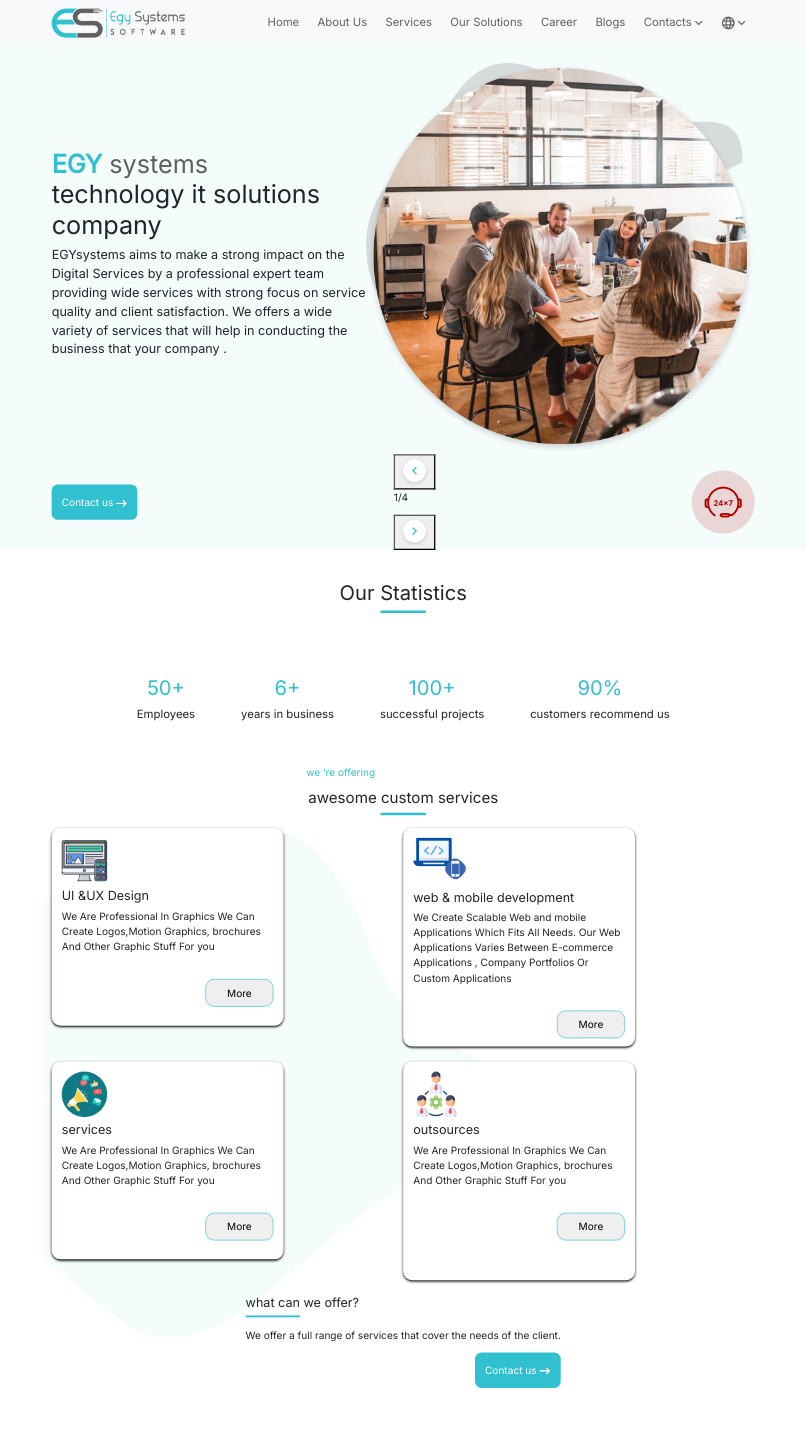
Repository: hamdyAbdelazeim/Egysystem-Home
Page: index.html
An editor plug-in stored every save of this project. The page is shown before and after the next save, followed by the edit.
The browser window is 1280 px wide. The pictures show the whole page, at 63% of full size.

Above is the page before, as saved 2023-07-13 13:42:13.

### index.html
<!DOCTYPE html>
<html lang="en">
  <head>
    <meta charset="UTF-8" />
    <meta name="viewport" content="width=device-width, initial-scale=1.0" />
    <title>Egy Systems</title>
    <!-- google fonts  -->
    <link rel="preconnect" href="https://fonts.googleapis.com" />
    <link rel="preconnect" href="https://fonts.gstatic.com" crossorigin />
    <link
      href="https://fonts.googleapis.com/css2?family=Inter&display=swap"
      rel="stylesheet"
    />
    <!-- bootstrap -->
    <link rel="stylesheet" href="/css/bootstrap.min.css" />
    <!-- css file  -->
    <link rel="stylesheet" href="/css/style.css" />
    <!-- Responsive file  -->
    <link rel="stylesheet" href="/css/responsive.css" />
  </head>
  <body>
    <!-- starting  Navbar  -->
    <nav class="navbar-cust navbar navbar-expand-lg bg-light fixed-top">
      <div class="container">
        <a href="#" class="navbar-brand"
          ><img src="/assets/logo 1.png" class="logo-img" alt="logo "
        /></a>

        <button
          class="navbar-toggler"
          type="button"
          data-bs-toggle="collapse"
          data-bs-target="#navmenu"
          style="border: none; box-shadow: none"
        >
          <span class="navbar-toggler-icon"
            ><img
              width="45"
              style="padding: 0.5rem"
              src="https://upload.wikimedia.org/wikipedia/commons/thumb/b/b2/Hamburger_icon.svg/120px-Hamburger_icon.svg.png"
              alt=""
          /></span>
        </button>

        <div class="collapse navbar-collapse" id="navmenu">
          <ul class="navbar-nav cust-ul">
            <li class="nav-item">
              <a href="#Home" class="nav-link cust-link">Home</a>
            </li>
            <li class="nav-item">
              <a href="#About" class="nav-link cust-link">About Us</a>
            </li>
            <li class="nav-item">
              <a href="#Services" class="nav-link cust-link">Services</a>
            </li>
            <li class="nav-item">
              <a href="#Solutions" class="nav-link cust-link">Our Solutions </a>
            </li>
            <li class="nav-item">
              <a href="#Career" class="nav-link cust-link">Career</a>
            </li>
            <li class="nav-item">
              <a href="#Blogs" class="nav-link cust-link">Blogs</a>
            </li>
            <li class="nav-item">
              <a href="" class="nav-link cust-link"
                >Contacts <img src="/assets/Vector.png" alt="vector"
              /></a>
            </li>
            <li class="nav-item">
              <a href="" class="nav-link language-icon"
                ><img src="/assets/language.png" alt="language" />
                <img src="/assets/Vector.png" alt=""
              /></a>
            </li>
          </ul>
        </div>
      </div>
    </nav>
    <!-- Ending Navbar  -->
    <!-- Home section  -->
    <div class="Home" id="Home">
      <div
        class="container Home-up d-flex justify-content-center align-items-center"
      >
        <div class="Home-left">
          <h1>
            <strong class="Egy">EGY</strong>
            <span class="system">systems</span> <br />technology it solutions<br />
            company
          </h1>
          <p>
            EGYsystems aims to make a strong impact on the Digital Services by a
            professional expert team providing wide services with strong focus
            on service quality and client satisfaction. We offers a wide variety
            of services that will help in conducting the business that your
            company .
          </p>
        </div>
        <div class="Home-img">
          <img src="/assets/Ellipse 34.png" alt="" />
        </div>
      </div>
      <div class="container d-flex justify-content-between align-items-center">
        <button class="contactUs-btn">
          Contact us <img src="/assets/Vector (right).png" alt="" />
        </button>
        <div>
          <button>
            <img src="/assets/slider-left.png" alt="" />
          </button>
          <p>1/4</p>
          <button>
            <img src="/assets/slider-right.png" alt="" />
          </button>
        </div>
        <img src="/assets//chat.png" alt="chat" />
      </div>
    </div>
    <!-- Ending Home  section  -->
    <!-- our statistics Section  -->
    <section class="our-statistics container w-100">
      <div class="statistics-up text-center">
        <h2>Our Statistics</h2>
        <p></p>
      </div>
      <div
        class="statistics-down d-flex align-items-center justify-content-between"
      >
        <div class="text-center">
          <h4>50+</h4>
          <p>Employees</p>
        </div>
        <div class="text-center">
          <h4>6+</h4>
          <p>years in business</p>
        </div>
        <div class="text-center">
          <h4>100+</h4>
          <p>successful projects</p>
        </div>
        <div class="text-center">
          <h4>90%</h4>
          <p>customers recommend us</p>
        </div>
      </div>
    </section>
    <!-- Ending our statistics  -->
    <!--  services   -->

    <!--  Ending services   -->
    <section class="services" id="services">
      <div class="service-up container">
        <p class="p-up">we ‘re offering</p>
        <h4 class="text-center">awesome custom services</h4>
        <p class="border-cust"></p>
      </div>
      <div class="service-down container d-flex align-items-center">
        <div class="service-down-left">
          <div class="service-item">
            <img src="/assets/service-item-1.png" alt="service-item-1" />
            <h5 class="mt-2">UI &UX Design</h5>
            <p>
              We Are Professional In Graphics We Can Create Logos,Motion
              Graphics, brochures And Other Graphic Stuff For you
            </p>
            <button>More</button>
          </div>
          <div class="service-item service-item-cust">
            <img src="/assets/service-item-2.png" alt="service-item-1" />
            <h5 class="mt-2">web & mobile development</h5>
            <p>
              We Create Scalable Web and mobile Applications Which Fits All
              Needs. Our Web Applications Varies Between E-commerce Applications
              , Company Portfolios Or Custom Applications
            </p>
            <button>More</button>
          </div>
          <div class="service-item">
            <img src="/assets/service-item-3.png" alt="service-item-1" />
            <h5 class="mt-2">services</h5>
            <p>
              We Are Professional In Graphics We Can Create Logos,Motion
              Graphics, brochures And Other Graphic Stuff For you
            </p>
            <button>More</button>
          </div>
          <div class="service-item service-item-cust">
            <img src="/assets/service-item-4.png" alt="service-item-1" />
            <h5 class="mt-2">outsources</h5>
            <p>
              We Are Professional In Graphics We Can Create Logos,Motion
              Graphics, brochures And Other Graphic Stuff For you
            </p>
            <button>More</button>
          </div>
        </div>
        <div class="service-down-right">
          <h5>what can we offer?</h5>
          <p class="border-p"></p>
          <p>
            We offer a full range of services that cover the needs of the
            client.
          </p>
          <button class="contactUs-btn float-end">
            Contact us <img src="/assets/Vector (right).png" alt="" />
          </button>
        </div>
      </div>
    </section>
    <!-- bootstrap js file  -->
    <script src="/js/bootstrap.bundle.min.js"></script>
  </body>
</html>

### css/style.css
/* setting my css roots  */

body {
  font-family: 'Inter', sans-serif;
}

:root {
  --primary: #30c0d0;
  --secondary: #606060;
  --third-party: #131313;
}

/* navbar  */
.cust-ul {
  width: 100%;
  justify-content: space-around;
  margin-left: 100px;
}

.cust-link {
  font-size: 18px;
  font-weight: 500;
  line-height: 22px;
  letter-spacing: 0em;
  text-align: left;
  color: var(--secondary);
  padding-bottom: 0.5rem;
}
.cust-link :hover {
  color: var(--primary) !important;
}
.nav-link:focus,
.nav-link:hover {
  color: var(--primary) !important;
  border-bottom: 2px solid var(--primary) !important;
  font-size: 20px;
}

.cust-link:active {
  color: var(--primary) !important;
  color: var(--primary) !important;
  border-bottom: 2px solid var(--primary) !important;
  font-size: 20px;
}

.language-icon {
  border-bottom: none !important;
  font-size: 12px !important;
}
/* Ending Navbar  */

/* Home Section  */
.Home {
  padding-top: 100px;
  background-color: #f4fcfc;
  /* background-image: url('/assets/Ellipse\ 36.png');
  background-repeat: no-repeat; */
}
.Home-img {
  width: 100%;
  background-image: url('/assets/Ellipse\ 36.png');
  background-repeat: no-repeat;
}
.Egy {
  color: var(--primary);
}
.system {
  color: var(--secondary);
}
.Home-left p {
  font-size: 20px;
}
.contactUs-btn {
  background-color: var(--primary);
  color: white;
  border: none;
  padding: 16px;
  border-radius: 10px;
  -webkit-border-radius: 10px;
  -moz-border-radius: 10px;
  -ms-border-radius: 10px;
  -o-border-radius: 10px;
}

/* Ending Home Section  */

/* our statistics Section  */

.our-statistics {
  width: 100%;
}
.statistics-up,
.statistics-down {
  padding-top: 50px;
  padding-bottom: 50px;
  width: 846px;
  margin: auto;
}
.statistics-up p {
  width: 72px;
  margin: auto;
  border-bottom: 4px solid var(--primary);
}
.statistics-down h4 {
  color: var(--primary);
  font-size: 32px;
}
.statistics-down p {
  font-size: 18px;
}

/* services */
.services {
  width: 100%;
}
.services .service-up {
  width: 332px;
  margin: auto;
  padding-bottom: 20px;
}
.services .service-up .p-up {
  text-align: start;
  font-size: 16px;
  color: var(--primary);
}

.services.service-up h4 {
  color: var(--third-party);
  font-size: 32px;
}
.services .service-up .border-cust {
  width: 72px;
  margin: auto;
  border-bottom: 4px solid var(--primary);
}

.service-down {
  background-image: url('/assets/Ellipse\ 53.png');
  background-repeat: no-repeat;
  margin-bottom: 100px;
}
.service-down .service-down-left {
  width: 65%;
  display: grid;
  grid-template-columns: auto auto;
}
.service-down .service-down-left .service-item {
  width: 368px;
  height: 314px;
  background-color: #ffffff;
  box-shadow: 0px 2px 4px 0px #000000;
  border-radius: 14px;
  -webkit-border-radius: 14px;
  -moz-border-radius: 14px;
  -ms-border-radius: 14px;
  -o-border-radius: 14px;
  padding: 1rem;
  margin-bottom: 1.5rem;
}
.service-down .service-down-left .service-item:hover {
  background-color: var(--primary);
  transition-duration: 0.3s;
  transition-timing-function: ease-in-out;
}
.service-down .service-down-left .service-item button {
  width: 108px;
  height: 44px;
  border: 1px solid var(--primary);
  padding: 0px, 16px, 0px, 16px;
  gap: 8px;
  border-radius: 14px;
  -webkit-border-radius: 14px;
  -moz-border-radius: 14px;
  -ms-border-radius: 14px;
  -o-border-radius: 14px;
  float: right;
  margin-top: 1.5rem;
}
.service-down .service-down-left .service-item button:hover {
  background-color: var(--secondary);
  border: 1px solid var(--third-party);
  transition-duration: 0.3s;
  transition-timing-function: ease-in-out;
  color: var(--primary);
}

.service-item-cust {
  height: 347px !important;
  margin-bottom: 1.5rem !important;
}

.border-p {
  width: 86px;
  border-bottom: 3px solid var(--primary);
}

### css/responsive.css
@media only screen and (max-width: 1400px) {
  .service-down {
    flex-direction: column;
  }
  .service-down-left {
    width: 100% !important;
  }
}
@media only screen and (max-width: 1025px) {
  .cust-link {
    font-size: 15px !important;
  }
}
@media only screen and (max-width: 1000px) {
  /* navbar */
  .cust-ul {
    margin-left: 0;
  }
  .cust-link {
    font-size: 18px;
  }
  /* HOME section  */
  .Home-up {
    flex-wrap: wrap;
  }

  .Home-up img {
    width: 90%;
  }
  /* Our Statistics */
  .statistics-up,
  .statistics-down {
    width: 100%;
  }
  /* services */
  .service-down-left {
    grid-template-columns: auto !important;
  }
  .service-item {
    width: 100% !important;
  }
}

@media only screen and (max-width: 600px) {
  /* Our Statistics */
  .statistics-down {
    flex-direction: column;
  }
}

@media only screen and (max-width: 280px) {
  .logo-img {
    width: 160px;
  }
  .services .service-up {
    width: 270px;
  }
  .service-item p {
    font-size: 12px;
  }
}

Loaded but not shown: css/bootstrap.min.css (library); js/bootstrap.bundle.min.js (library)

After the next save:
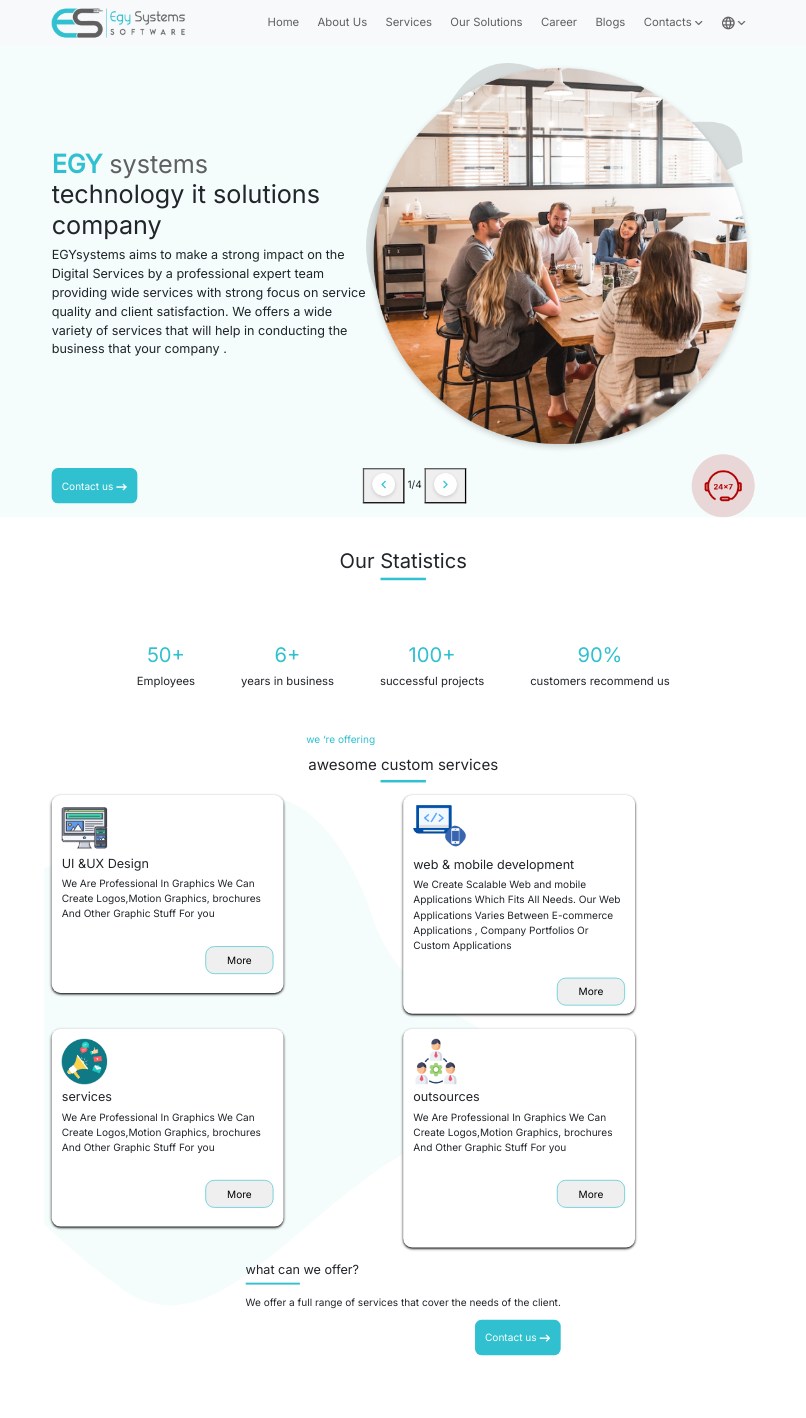
Saved 14 s later.
--- a/index.html
+++ b/index.html
@@ -109,7 +109,7 @@
           <button>
             <img src="/assets/slider-left.png" alt="" />
           </button>
-          <p>1/4</p>
+          <span>1/4</span>
           <button>
             <img src="/assets/slider-right.png" alt="" />
           </button>
